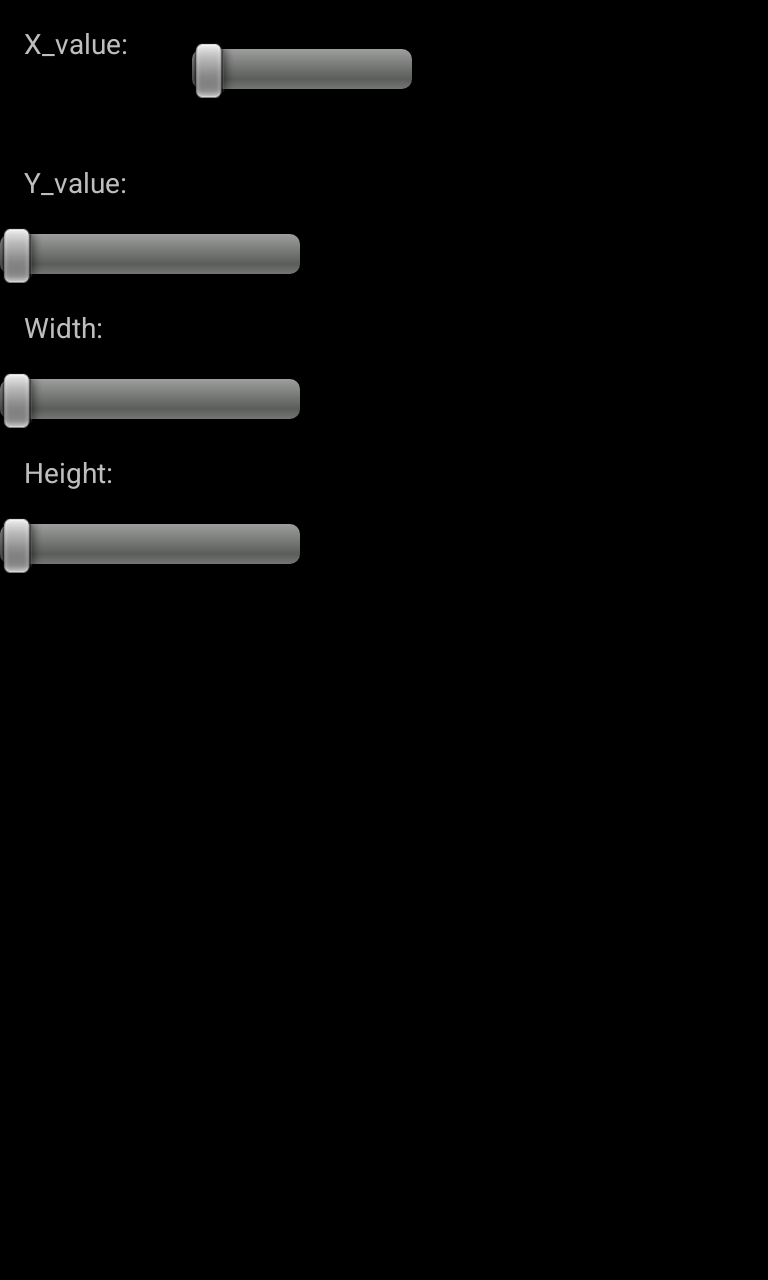
Repository: hzhang15/AndroidForm
Layout: workspace/demo_form_field/res/layout/test.xml
The author's editor kept a copy of each file at every save. The layout is drawn from the files as they stood at one save, then again after the next save.
It is drawn on a 768 x 1280 px phone screen (xhdpi) without system bars, with theme android:Theme; the app's code is not run.

Above is the layout before, as saved 2014-09-21 05:50:19.

### workspace/demo_form_field/res/layout/test.xml
<?xml version="1.0" encoding="utf-8"?>
<LinearLayout xmlns:android="http://schemas.android.com/apk/res/android"
    android:layout_width="fill_parent"
    android:layout_height="fill_parent"
    android:orientation="vertical"
    >
    <LinearLayout
        android:layout_width="wrap_content"
        android:layout_height="wrap_content"
        android:orientation="horizontal"
        >
    	<TextView
    	    android:layout_width="wrap_content"
            android:layout_height="wrap_content"
    	    android:padding="12dp"
    	    android:text="@string/x_value" />
        <TextView
            android:id="@+id/textview1"
            android:layout_width="wrap_content"
            android:layout_height="wrap_content" />
        <SeekBar
        android:id="@+id/seekBar1"
        android:layout_width="150dp"
        android:layout_height="wrap_content"
        android:padding="20dp"
        android:max="100"/>
    </LinearLayout>

   <LinearLayout
        android:layout_width="wrap_content"
        android:layout_height="wrap_content"
        android:orientation="horizontal"
        >
    	<TextView
    	    android:layout_width="wrap_content"
            android:layout_height="wrap_content"
    	    android:padding="12dp"
    	    android:text="@string/y_value" />
        <TextView
            android:id="@+id/textview2"
            android:layout_width="wrap_content"
            android:layout_height="wrap_content" />

    </LinearLayout>

    	<SeekBar
        android:id="@+id/seekBar2"
        android:layout_width="150dp"
        android:layout_height="wrap_content"
        android:max="200"/>

    <LinearLayout
        android:layout_width="wrap_content"
        android:layout_height="wrap_content"
        android:orientation="horizontal"
        >
    	<TextView
    	    android:layout_width="wrap_content"
            android:layout_height="wrap_content"
    	    android:padding="12dp"
    	    android:text="@string/width" />
        <TextView
            android:id="@+id/textview3"
            android:layout_width="wrap_content"
            android:layout_height="wrap_content" />

    </LinearLayout>

    	<SeekBar
        android:id="@+id/seekBar3"
        android:layout_width="150dp"
        android:layout_height="wrap_content"
        android:max="150"/>

    <LinearLayout
        android:layout_width="wrap_content"
        android:layout_height="wrap_content"
        android:orientation="horizontal"
        >
    	<TextView
    	    android:layout_width="wrap_content"
            android:layout_height="wrap_content"
    	    android:padding="12dp"
    	    android:text="@string/height" />
        <TextView
            android:id="@+id/textview4"
            android:layout_width="wrap_content"
            android:layout_height="wrap_content" />

    </LinearLayout>

    	<SeekBar
        android:id="@+id/seekBar4"
        android:layout_width="150dp"
        android:layout_height="wrap_content"
        android:max="175"/>


</LinearLayout>

### workspace/demo_form_field/res/values/strings.xml
<?xml version="1.0" encoding="utf-8"?>
<resources>

    <string name="hello">Hello World, mainActivity!</string>
    <string name="test_name">Test_Page</string>
    <string name="app_name">Demo_form_field</string>
	<string name="hint">Please enter the text!</string>
	<string name="x_value">X_value:</string>
	<string name="y_value">Y_value:</string>
	<string name="width">Width:</string>
	<string name="height">Height:</string>


</resources>

After the next save:
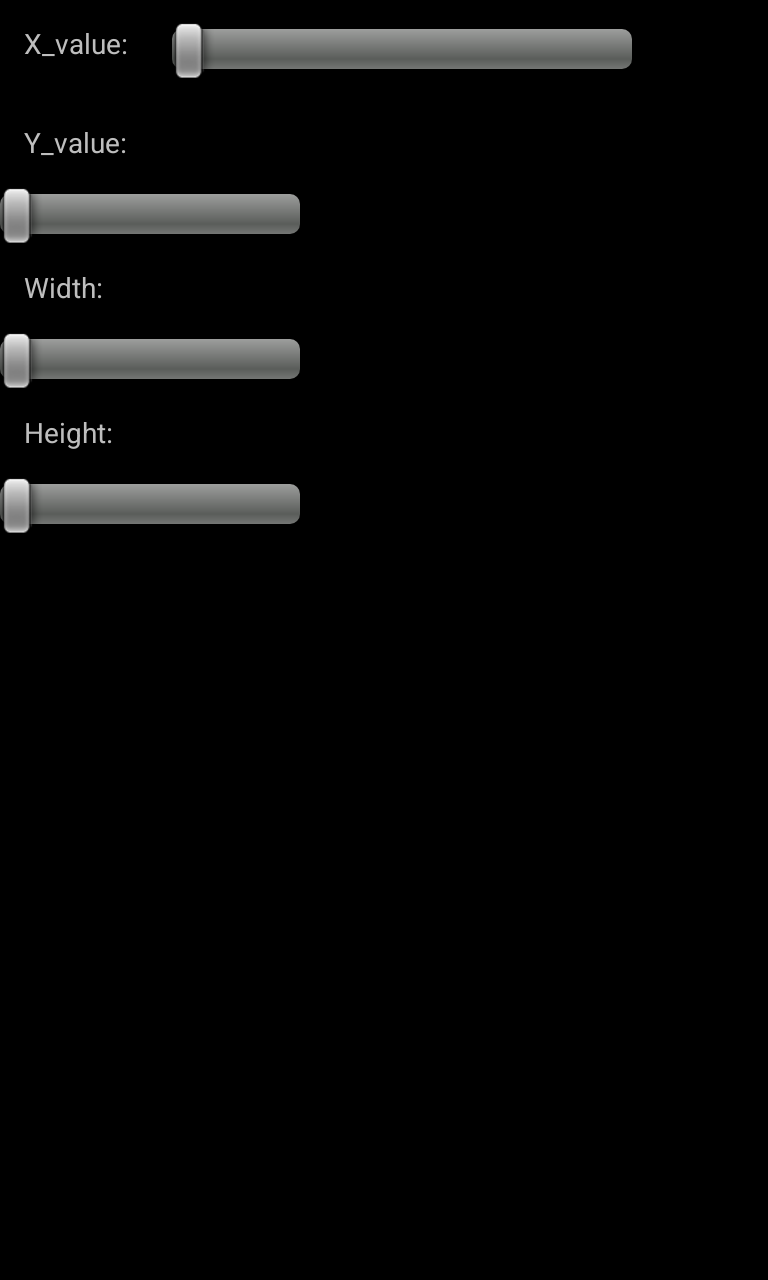
Saved 56 s later.
--- a/workspace/demo_form_field/res/layout/test.xml
+++ b/workspace/demo_form_field/res/layout/test.xml
@@ -20,9 +20,9 @@
             android:layout_height="wrap_content" />
         <SeekBar
         android:id="@+id/seekBar1"
-        android:layout_width="150dp"
+        android:layout_width="250dp"
         android:layout_height="wrap_content"
-        android:padding="20dp"
+        android:padding="10dp"
         android:max="100"/>
     </LinearLayout>
 
